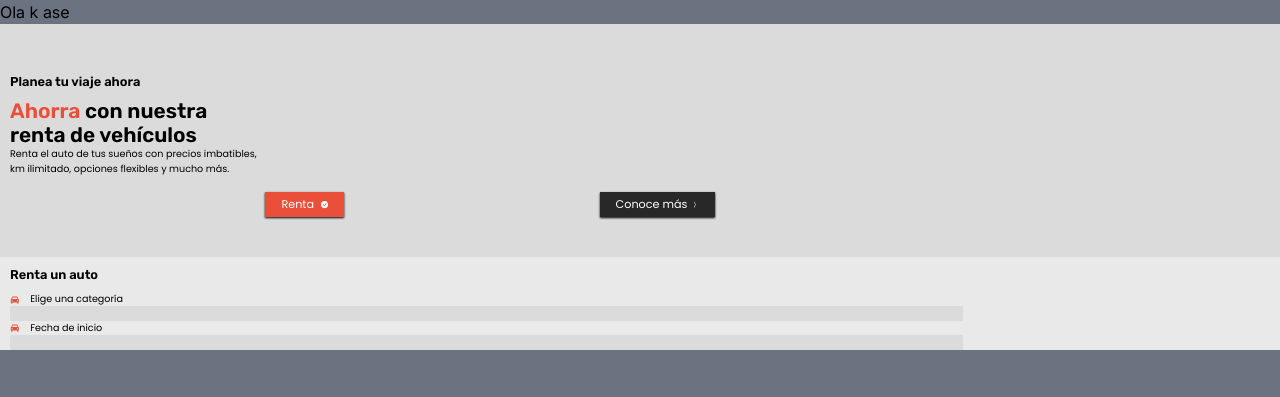
Repository: aldovelacasas/PF_RentCar2
Page: /homePage
The author's editor kept a copy of each file at every save. The page is drawn from the files as they stood at one save, then again after the next save.
The browser window is 1280 px wide. The pictures show the whole page.
The project was rebuilt for these pictures with package versions that can differ from the ones it lists, and the page was loaded fresh each time. Some packages were replaced by stand-ins written for this rebuild. The framework's server and built-in components were replaced by stand-ins that run in the browser. Also part of the build but not shown: next.config.js.

Above is the page before, as saved 2023-08-29 19:55:48.

After the next save:
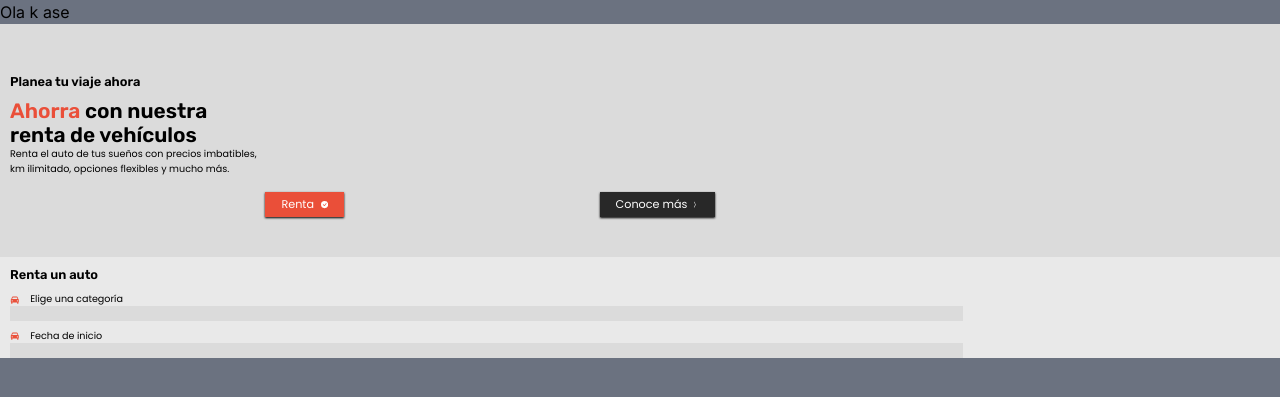
Saved 13 s later.
--- a/src/app/homePage/page.jsx
+++ b/src/app/homePage/page.jsx
@@ -51,8 +51,8 @@ function HomePage() {
           categoría
         </label>
         <br />
-        <input className="bg-gris_fondo w-3/4" name="categoría" /> <br />
-        <label htmlFor="fechaInicio" className="pt-2">
+        <input className="bg-gris_fondo w-3/4 mb-2" name="categoría" /> <br />
+        <label htmlFor="fechaInicio" className="">
           <BiSolidCar className="inline text-naranja_enf mr-2" /> Fecha de
           inicio
         </label>
